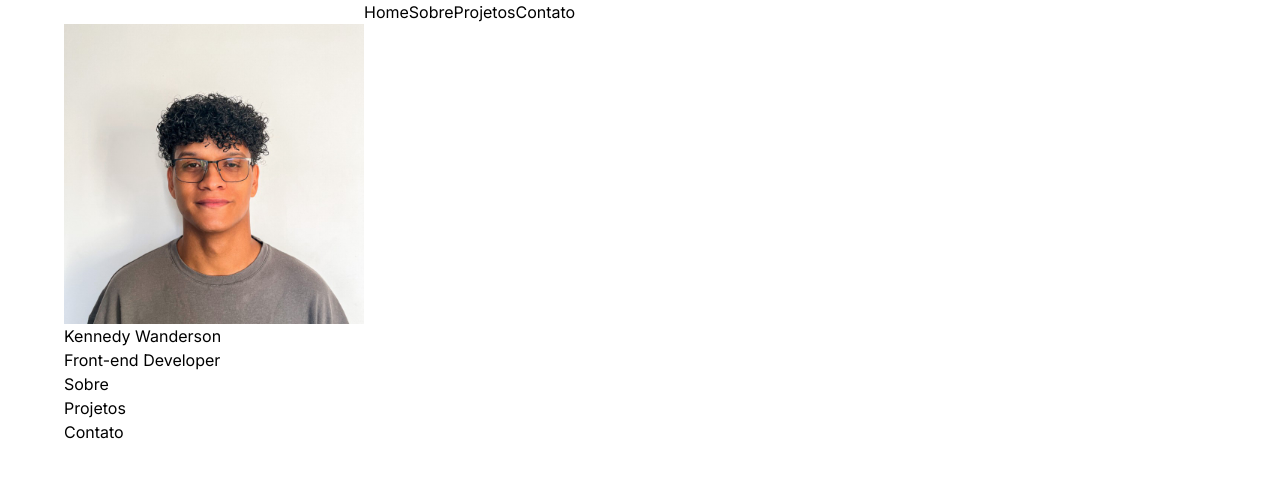
Repository: KennedyWanderson/landing
Page: /
An editor plug-in stored every save of this project. The page is shown before and after the next save, followed by the edit.
The browser window is 1280 px wide. The pictures show the whole page.
The project was rebuilt for these pictures with package versions that can differ from the ones it lists, and the page was loaded fresh each time. The framework's server and built-in components were replaced by stand-ins that run in the browser. Also part of the build but not shown: next.config.js.

Above is the page before, as saved 2024-01-03 15:56:28.

After the next save:
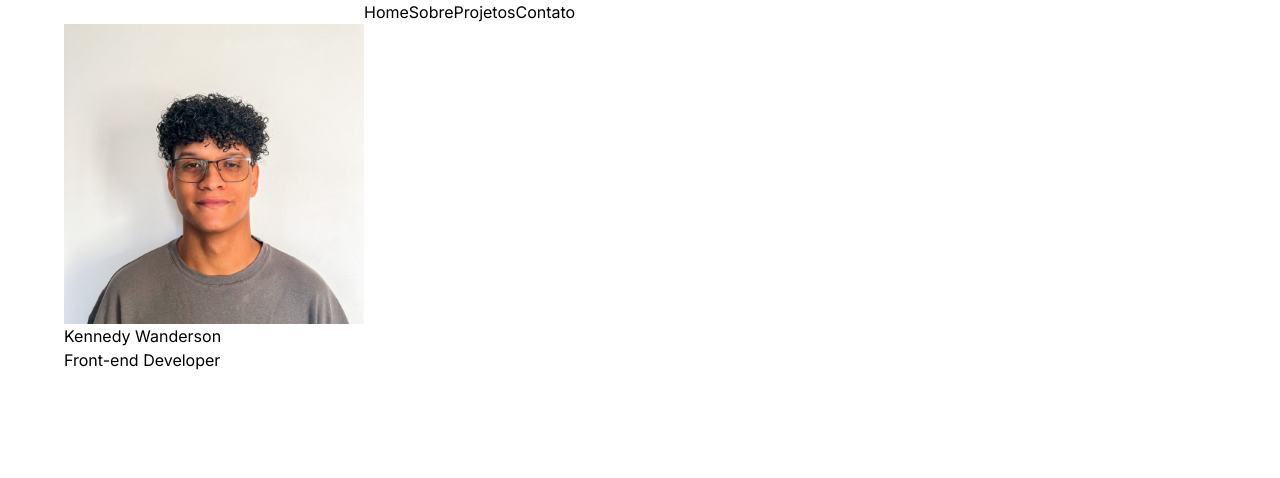
Saved 5 s later.
--- a/src/Components/Content.tsx
+++ b/src/Components/Content.tsx
@@ -15,11 +15,11 @@ export default function Content(){
                     <span className="font-bold text-2xl">Kennedy Wanderson <br></br> Front-end Developer</span>
                 </div>
             </div>
-            <div className="flex flex-col items-center">
+            {/* <div className="flex flex-col items-center">
                 <About />
                 <Projects />
                 <Contact />
-            </div>
+            </div> */}
 
         </Container>
     )
